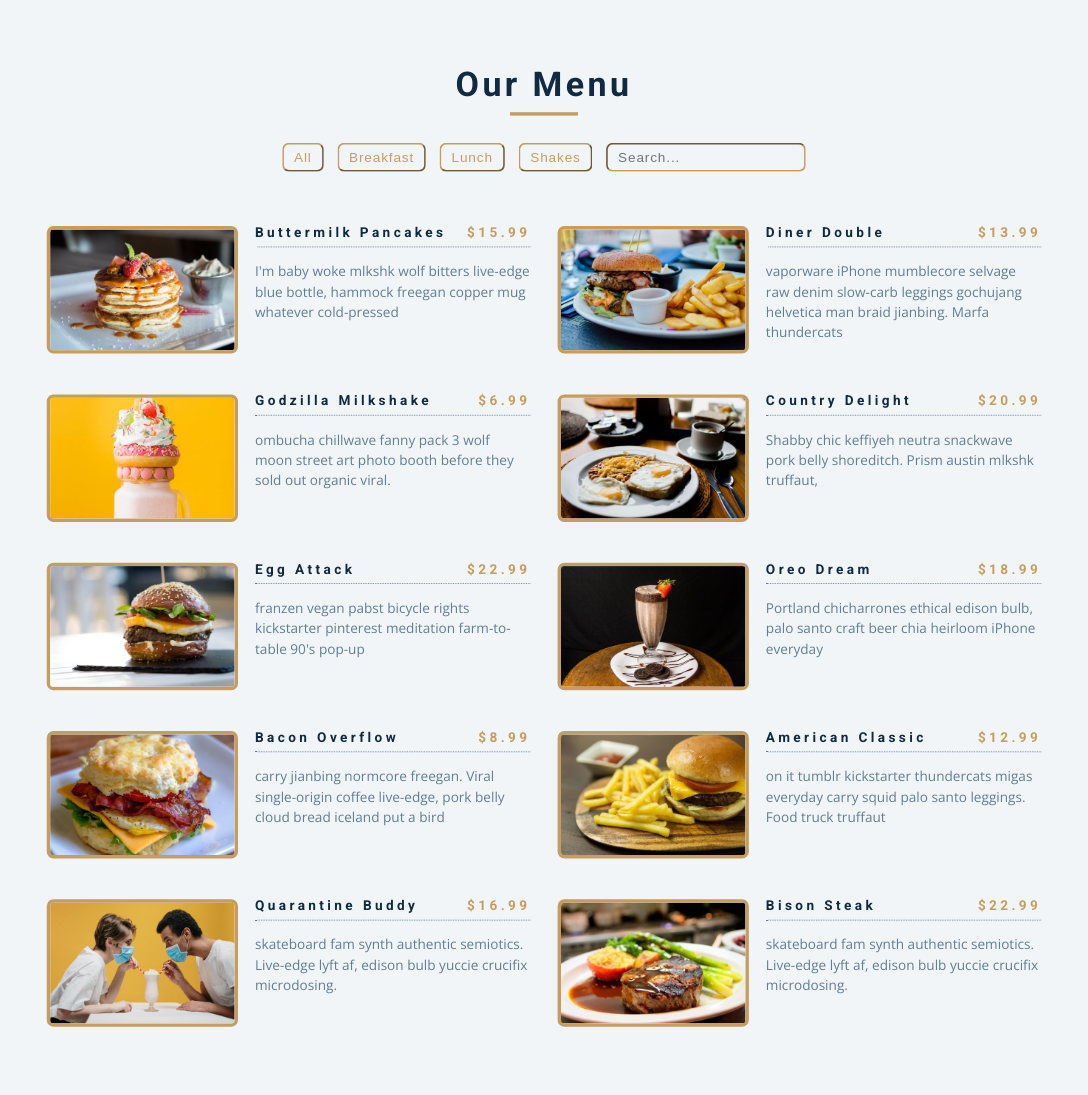
Repository: Seryozha02/MenuProject
Page: menuFilter/index.html
An editor plug-in stored every save of this project. The page is shown before and after the next save, followed by the edit.
The browser window is 1280 px wide. The pictures show the whole page, at 85% of full size.
Some web libraries are served in a nearby version.

Above is the page before, as saved 2022-02-18 01:44:33.

### menuFilter/index.html
<!DOCTYPE html>
<html lang="en">
  <head>
    <meta charset="UTF-8" />
    <meta name="viewport" content="width=device-width, initial-scale=1.0" />
    <title>Starter</title>
    <!-- font-awesome -->
    <link
      rel="stylesheet"
      href="https://cdnjs.cloudflare.com/ajax/libs/font-awesome/5.14.0/css/all.min.css"
    />
    <!-- styles -->
    <link rel="stylesheet" href="styles.css" />
  </head>
  <body>
    <section class="menu">
      <!-- title -->
      <div class="title">
        <h2>our menu</h2>
        <div class="underline"></div>
      </div>
      <!-- filter buttons -->
      <div class="btn-container">
        <button type="button" class="filter-btn" data-id="all">all</button>
          <button type="button" class="filter-btn" data-id="breakfast">
            breakfast
          </button>
          <button type="button" class="filter-btn" data-id="lunch">lunch</button>
          <button type="button" class="filter-btn" data-id="shakes">
            shakes
          </button>
          <input type="search" placeholder="Search..."/>
      </div>
      <!-- menu items -->
      <div class="section-center">

      </div>
    </section>
    <!-- javascript -->
    <script type="module" src="./app.js"></script>
  </body>
</html>

### menuFilter/styles.css
/*
===============
Fonts
===============
*/
@import url("https://fonts.googleapis.com/css?family=Open+Sans|Roboto:400,700&display=swap");

/*
===============
Variables
===============
*/

:root {
  /* dark shades of primary color*/
  --clr-primary-1: hsl(205, 86%, 17%);
  --clr-primary-2: hsl(205, 77%, 27%);
  --clr-primary-3: hsl(205, 72%, 37%);
  --clr-primary-4: hsl(205, 63%, 48%);
  /* primary/main color */
  --clr-primary-5: #49a6e9;
  /* lighter shades of primary color */
  --clr-primary-6: hsl(205, 89%, 70%);
  --clr-primary-7: hsl(205, 90%, 76%);
  --clr-primary-8: hsl(205, 86%, 81%);
  --clr-primary-9: hsl(205, 90%, 88%);
  --clr-primary-10: hsl(205, 100%, 96%);
  /* darkest grey - used for headings */
  --clr-grey-1: hsl(209, 61%, 16%);
  --clr-grey-2: hsl(211, 39%, 23%);
  --clr-grey-3: hsl(209, 34%, 30%);
  --clr-grey-4: hsl(209, 28%, 39%);
  /* grey used for paragraphs */
  --clr-grey-5: hsl(210, 22%, 49%);
  --clr-grey-6: hsl(209, 23%, 60%);
  --clr-grey-7: hsl(211, 27%, 70%);
  --clr-grey-8: hsl(210, 31%, 80%);
  --clr-grey-9: hsl(212, 33%, 89%);
  --clr-grey-10: hsl(210, 36%, 96%);
  --clr-white: #fff;
  --clr-red-dark: hsl(360, 67%, 44%);
  --clr-red-light: hsl(360, 71%, 66%);
  --clr-green-dark: hsl(125, 67%, 44%);
  --clr-green-light: hsl(125, 71%, 66%);
  --clr-gold: #c59d5f;
  --clr-black: #222;
  --ff-primary: "Roboto", sans-serif;
  --ff-secondary: "Open Sans", sans-serif;
  --transition: all 0.3s linear;
  --spacing: 0.25rem;
  --radius: 0.5rem;
  --light-shadow: 0 5px 15px rgba(0, 0, 0, 0.1);
  --dark-shadow: 0 5px 15px rgba(0, 0, 0, 0.2);
  --max-width: 1170px;
  --fixed-width: 620px;
}
/*
===============
Global Styles
===============
*/

*,
::after,
::before {
  margin: 0;
  padding: 0;
  box-sizing: border-box;
}
body {
  font-family: var(--ff-secondary);
  background: var(--clr-grey-10);
  color: var(--clr-grey-1);
  line-height: 1.5;
  font-size: 0.875rem;
}
ul {
  list-style-type: none;
}
a {
  text-decoration: none;
}
img:not(.logo) {
  width: 100%;
}
img {
  display: block;
}

h1,
h2,
h3,
h4 {
  letter-spacing: var(--spacing);
  text-transform: capitalize;
  line-height: 1.25;
  margin-bottom: 0.75rem;
  font-family: var(--ff-primary);
}
h1 {
  font-size: 3rem;
}
h2 {
  font-size: 2rem;
}
h3 {
  font-size: 1.25rem;
}
h4 {
  font-size: 0.875rem;
}
p {
  margin-bottom: 1.25rem;
  color: var(--clr-grey-5);
}
@media screen and (min-width: 800px) {
  h1 {
    font-size: 4rem;
  }
  h2 {
    font-size: 2.5rem;
  }
  h3 {
    font-size: 1.75rem;
  }
  h4 {
    font-size: 1rem;
  }
  body {
    font-size: 1rem;
  }
  h1,
  h2,
  h3,
  h4 {
    line-height: 1;
  }
}
/*  global classes */

.btn {
  text-transform: uppercase;
  background: transparent;
  color: var(--clr-black);
  padding: 0.375rem 0.75rem;
  letter-spacing: var(--spacing);
  display: inline-block;
  transition: var(--transition);
  font-size: 0.875rem;
  border: 2px solid var(--clr-black);
  cursor: pointer;
  box-shadow: 0 1px 3px rgba(0, 0, 0, 0.2);
  border-radius: var(--radius);
}
.btn:hover {
  color: var(--clr-white);
  background: var(--clr-black);
}
input{
  background: transparent;
  border-color: var(--clr-gold);
  font-size: 1rem;
  margin: 0 0.5rem;
  letter-spacing: 1px;
  border-radius: var(--radius);
  padding: 0.375rem 0.75rem;
  color: var(--clr-gold);
  transition: var(--transition);
}
input:hover {
  color: var(--clr-white);
  background: var(--clr-black);
}

/* section */
.section {
  padding: 5rem 0;
}

main {
  min-height: 100vh;
  display: grid;
  place-items: center;
}
/*
===============
Menu
===============
*/

.menu {
  padding: 5rem 0;
}
.title {
  text-align: center;
  margin-bottom: 2rem;
}
.underline {
  width: 5rem;
  height: 0.25rem;
  background: var(--clr-gold);
  margin-left: auto;
  margin-right: auto;
}
.btn-container {
  margin-bottom: 4rem;
  display: flex;
  justify-content: center;
}
.filter-btn {
  background: transparent;
  border-color: var(--clr-gold);
  font-size: 1rem;
  text-transform: capitalize;
  margin: 0 0.5rem;
  letter-spacing: 1px;
  border-radius: var(--radius);
  padding: 0.375rem 0.75rem;
  color: var(--clr-gold);
  cursor: pointer;
  transition: var(--transition);
}
.filter-btn:hover {
  background: var(--clr-gold);
  color: var(--clr-white);
}
.section-center {
  width: 90vw;
  margin: 0 auto;
  max-width: 1170px;
  display: grid;
  gap: 3rem 2rem;
  justify-items: center;
}
.menu-item {
  display: grid;
  gap: 1rem 2rem;
  max-width: 25rem;
}
.photo {
  object-fit: cover;
  height: 200px;
  border: 0.25rem solid var(--clr-gold);
  border-radius: var(--radius);
}
.item-info header {
  display: flex;
  justify-content: space-between;
  border-bottom: 0.5px dotted var(--clr-grey-5);
}
.item-info h4 {
  margin-bottom: 0.5rem;
}
.price {
  color: var(--clr-gold);
}
.item-text {
  margin-bottom: 0;
  padding-top: 1rem;
}

@media screen and (min-width: 768px) {
  .menu-item {
    grid-template-columns: 225px 1fr;
    gap: 0 1.25rem;
    max-width: 40rem;
  }
  .photo {
    height: 175px;
  }
}
@media screen and (min-width: 1200px) {
  .section-center {
    width: 95vw;
    grid-template-columns: 1fr 1fr;
  }
  .photo {
    height: 150px;
  }
}

### menuFilter/app.js
import { menu } from "./data.js";

const sectionCenter = document.querySelector(".section-center");
const btnContainer = document.querySelector(".btn-container");
window.addEventListener("DOMContentLoaded", function() {
    displayMenuItems(menu);
    displayMenuButtons();
});

function displayMenuItems(menuItems) {
    let displayMenu = menuItems.map(function(item) {

        return `<article class="menu-item">
            <img src=${item.img} alt=${item.title} class="photo" />
            <div class="item-info">
              <header>
                <h4>${item.title}</h4>
                <h4 class="price">$${item.price}</h4>
              </header>
              <p class="item-text">
                ${item.desc}
              </p>
            </div>
          </article>`;
    });
    displayMenu = displayMenu.join("");

    sectionCenter.innerHTML = displayMenu;
}

function displayMenuButtons() {}

const buttons = document.querySelectorAll(".filter-btn");
buttons.forEach((filterBtn) => {
    filterBtn.addEventListener("click", () => {
        const value = filterBtn.getAttribute("data-id");
        if (value === "all") {
            displayMenuItems(menu);
            return;
        }
        const filterArr = menu.filter((item) => item.category === value);

        let card = filterArr
            .map(function(item) {
                return `<article class="menu-item">
      <img src=${item.img} alt=${item.title} class="photo" />
      <div class="item-info">
        <header>
          <h4>${item.title}</h4>
          <h4 class="price">$${item.price}</h4>
        </header>
        <p class="item-text">
          ${item.desc}
        </p>
      </div>
    </article>`;
            })
            .join("");
        sectionCenter.innerHTML = card;
    });
});
let searchText = "";
let search = document.querySelector("input");
search.addEventListener("keyup", (e) => {
    searchText = e.target.value;
    refresh()
});
let id;

function refresh() {
    if (id !== undefined) {
        clearTimeout(id);
    }
    id = setTimeout(() => {
        console.log("running");
        render()
    }, 0);
}

function render() {
    let searchArr = menu.filter(item => {
        return item.desc.indexOf(searchText) !== -1;
    })
    displayMenuItems(searchArr)
}
render()

### data.js
export const menu = [
  {
    id: 1,
    title: "buttermilk pancakes",
    category: "breakfast",
    price: 15.99,
    img: "./images/item-1.jpeg",
    desc: `I'm baby woke mlkshk wolf bitters live-edge blue bottle, hammock freegan copper mug whatever cold-pressed `,
  },
  {
    id: 2,
    title: "diner double",
    category: "lunch",
    price: 13.99,
    img: "./images/item-2.jpeg",
    desc: `vaporware iPhone mumblecore selvage raw denim slow-carb leggings gochujang helvetica man braid jianbing. Marfa thundercats `,
  },
  {
    id: 3,
    title: "godzilla milkshake",
    category: "shakes",
    price: 6.99,
    img: "./images/item-3.jpeg",
    desc: `ombucha chillwave fanny pack 3 wolf moon street art photo booth before they sold out organic viral.`,
  },
  {
    id: 4,
    title: "country delight",
    category: "breakfast",
    price: 20.99,
    img: "./images/item-4.jpeg",
    desc: `Shabby chic keffiyeh neutra snackwave pork belly shoreditch. Prism austin mlkshk truffaut, `,
  },
  {
    id: 5,
    title: "egg attack",
    category: "lunch",
    price: 22.99,
    img: "./images/item-5.jpeg",
    desc: `franzen vegan pabst bicycle rights kickstarter pinterest meditation farm-to-table 90's pop-up `,
  },
  {
    id: 6,
    title: "oreo dream",
    category: "shakes",
    price: 18.99,
    img: "./images/item-6.jpeg",
    desc: `Portland chicharrones ethical edison bulb, palo santo craft beer chia heirloom iPhone everyday`,
  },
  {
    id: 7,
    title: "bacon overflow",
    category: "breakfast",
    price: 8.99,
    img: "./images/item-7.jpeg",
    desc: `carry jianbing normcore freegan. Viral single-origin coffee live-edge, pork belly cloud bread iceland put a bird `,
  },
  {
    id: 8,
    title: "american classic",
    category: "lunch",
    price: 12.99,
    img: "./images/item-8.jpeg",
    desc: `on it tumblr kickstarter thundercats migas everyday carry squid palo santo leggings. Food truck truffaut  `,
  },
  {
    id: 9,
    title: "quarantine buddy",
    category: "shakes",
    price: 16.99,
    img: "./images/item-9.jpeg",
    desc: `skateboard fam synth authentic semiotics. Live-edge lyft af, edison bulb yuccie crucifix microdosing.`,
  },
  {
    id: 10,
    title: "bison steak",
    category: "dinner",
    price: 22.99,
    img: "./images/item-10.jpeg",
    desc: `skateboard fam synth authentic semiotics. Live-edge lyft af, edison bulb yuccie crucifix microdosing.`,
  },
];

After the next save:
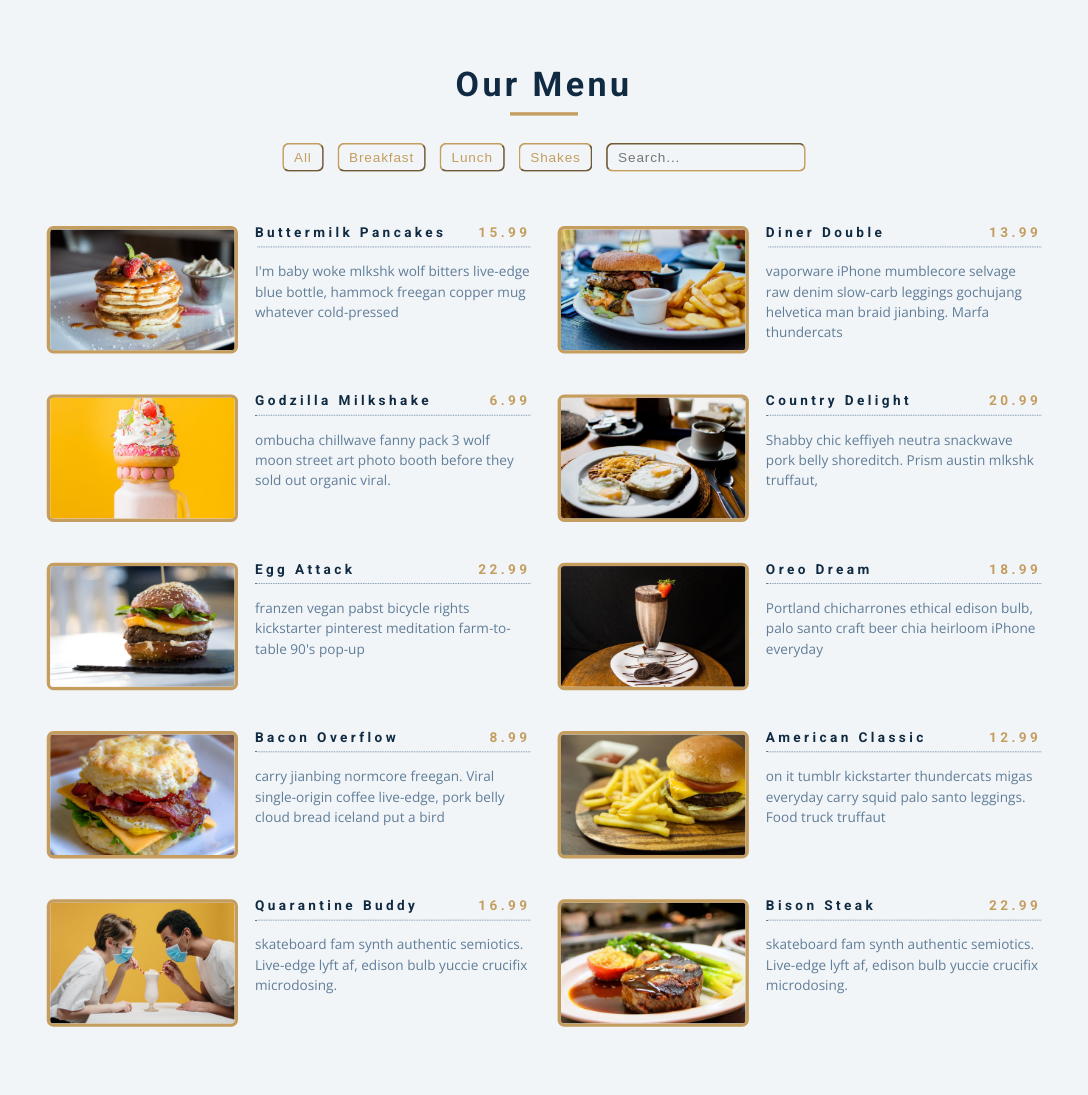
Saved 3 min 7 s later.
--- a/menuFilter/app.js
+++ b/menuFilter/app.js
@@ -15,7 +15,7 @@
             <div class="item-info">
               <header>
                 <h4>${item.title}</h4>
-                <h4 class="price">$${item.price}</h4>
+                <h4 class="price">${item.price}</h4>
               </header>
               <p class="item-text">
                 ${item.desc}
